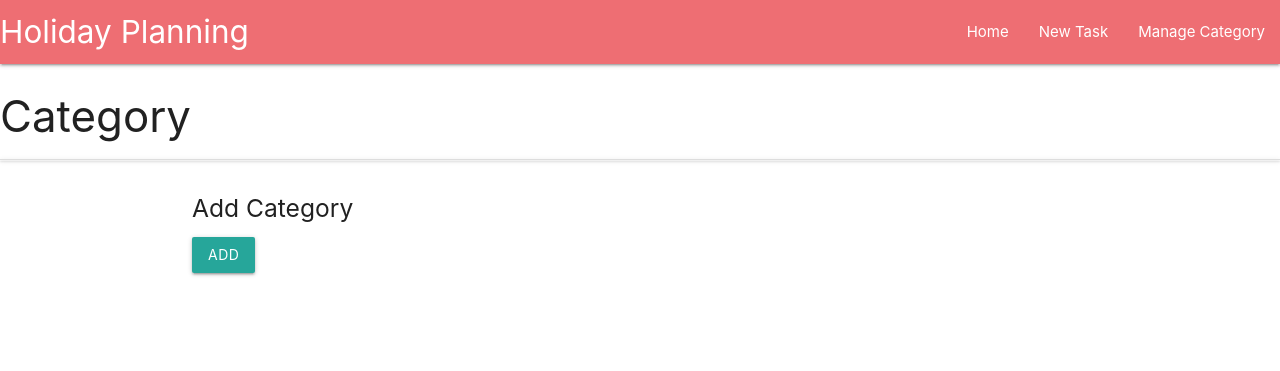
Repository: Code-Institute-Submissions/Project3-Holiday_Planning
Page: http://localhost/get_category
The author's editor kept a record of every edit. The page is drawn from the files as they stood at one moment, then again after the next edit.
The browser window is 1280 px wide. The pictures show the whole page.
The page is served by the project's application, run on Flask 3 (app.py). Queries for data that is not in the repository find no rows.

Above is the page before.

After the next edit:
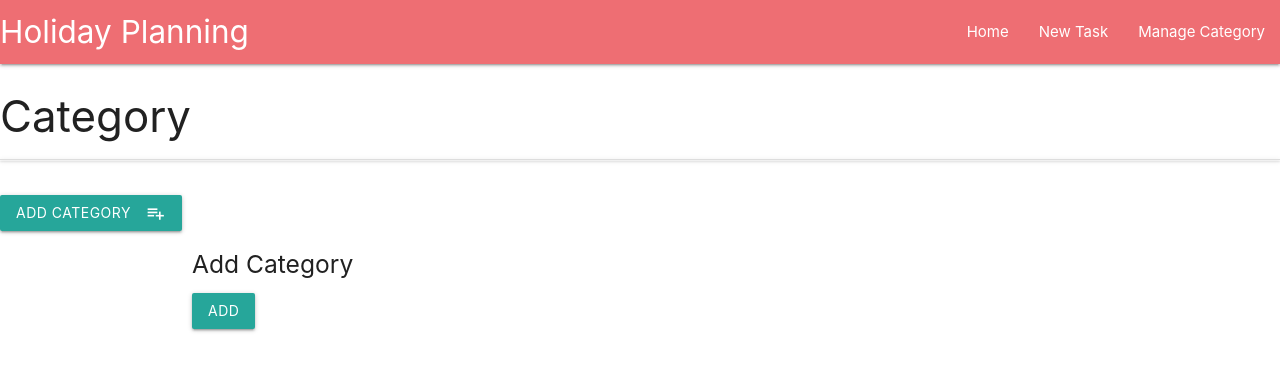
The edit:
--- a/templates/category.html
+++ b/templates/category.html
@@ -25,6 +25,11 @@
 </div>
 
 
+<div class="row">
+    <a href="{{url_for('add_category')}}" class="waves-effect waves-light btn"><i class="material-icons right">playlist_add</i>Add Category</a>
+</div>
+
+
 
 <!--Add Category Button-->
 <div>
